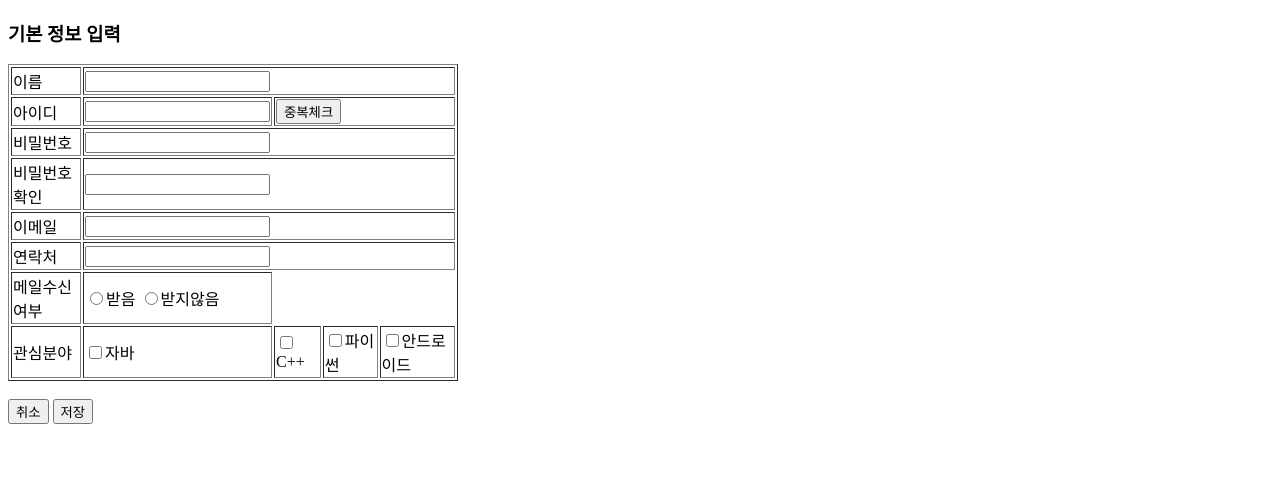
Repository: angelSuho/KCC_Learning_Repo
Page: Html/WebContent/mission03.html
The author's editor kept a copy of each file at every save. The page is drawn from the files as they stood at one save, then again after the next save.
The browser window is 1280 px wide. The pictures show the whole page.

Above is the page before, as saved 2024-07-08 06:25:32.

After the next save:
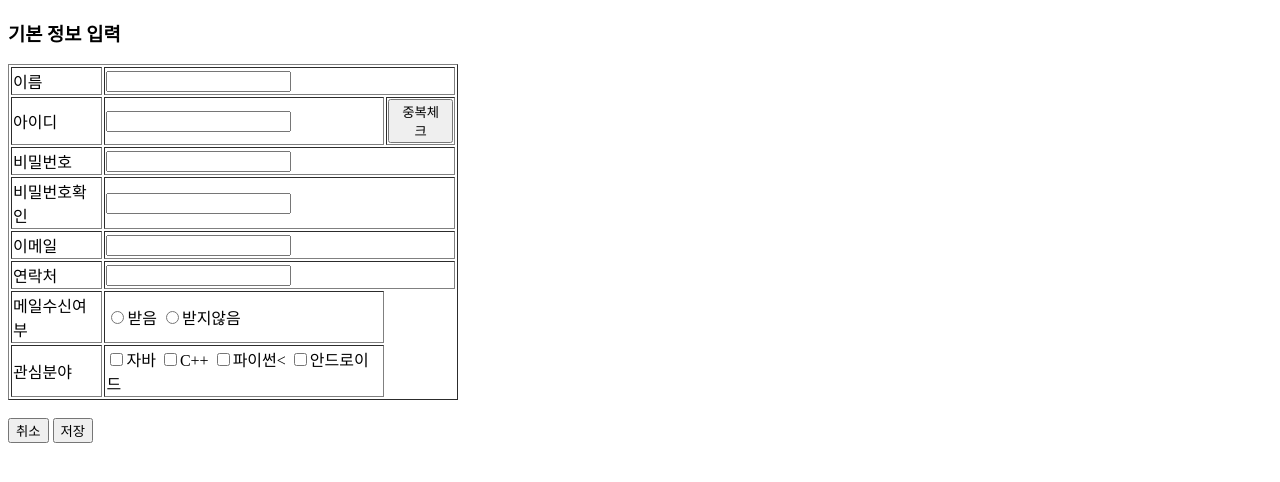
Saved 30 s later.
--- a/Html/WebContent/mission03.html
+++ b/Html/WebContent/mission03.html
@@ -52,10 +52,10 @@
 			</tr>
 			<tr>
 				<td>관심분야</td>
-				<td><input type="checkbox" name="chk_info" value="자바">자바</td>
-				<td><input type="checkbox" name="chk_info" value="C++">C++</td>
-				<td><input type="checkbox" name="chk_info" value="파이썬">파이썬</td>
-				<td><input type="checkbox" name="chk_info" value="안드로이드">안드로이드</td>
+				<td><input type="checkbox" name="chk_info" value="자바">자바
+				<input type="checkbox" name="chk_info" value="C++">C++
+				<input type="checkbox" name="chk_info" value="파이썬">파이썬<
+				<input type="checkbox" name="chk_info" value="안드로이드">안드로이드</td>
 			</tr>
 		</tbody>
 	</table>
